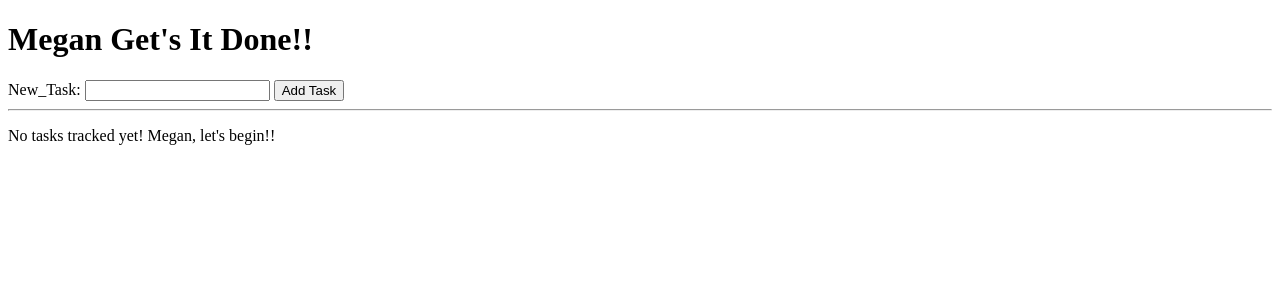
Repository: tlwilliams895/get-it-done
Page: http://localhost/
The author's editor kept a copy of each file at every save. The page is drawn from the files as they stood at one save, then again after the next save.
The browser window is 1280 px wide. The pictures show the whole page.
The page is served by the project's application, run on Flask 3 (main.py). Queries for data that is not in the repository find no rows.

Above is the page before, as saved 2019-10-17 15:52:25.

After the next save:
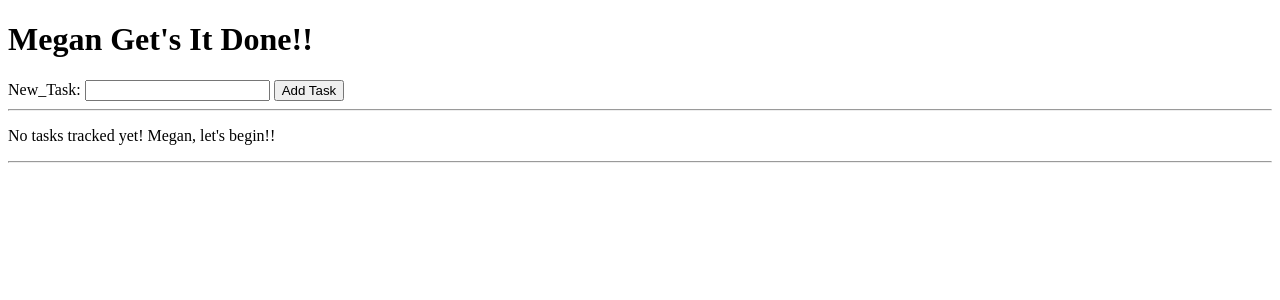
Saved 4 min 1 s later.
--- a/templates/todos.html
+++ b/templates/todos.html
@@ -29,4 +29,17 @@
 </ol>
 
 {% endif %}
+
+<hr />
+
+<h2>
+
+    <ol>
+        {% for task in completed_tasks %}
+        <li></li>
+        {% endfor %}
+    </ol>
+
+</h2>
+
 {% endblock %}
